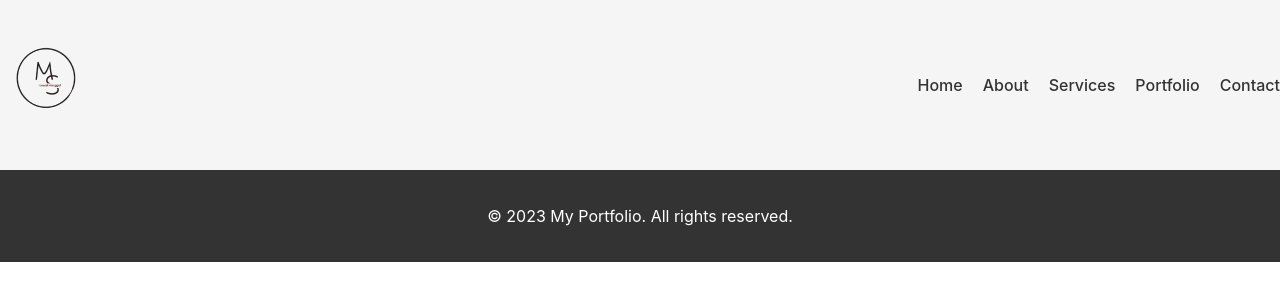
Repository: MEROO1010/Portfolio_00
Page: / (app in portfolio_00/)
The author's editor kept a copy of each file at every save. The page is drawn from the files as they stood at one save, then again after the next save.
The browser window is 1280 px wide. The pictures show the whole page.
The project was rebuilt for these pictures with package versions that can differ from the ones it lists, and the page was loaded fresh each time. Also part of the build but not shown: portfolio_00/src/components/Hero.jsx, portfolio_00/src/components/About.jsx, portfolio_00/src/components/Services.jsx, portfolio_00/src/components/Portfolio.jsx, portfolio_00/src/components/Contact.jsx.

Above is the page before, as saved 2024-11-17 10:37:57.

After the next save:
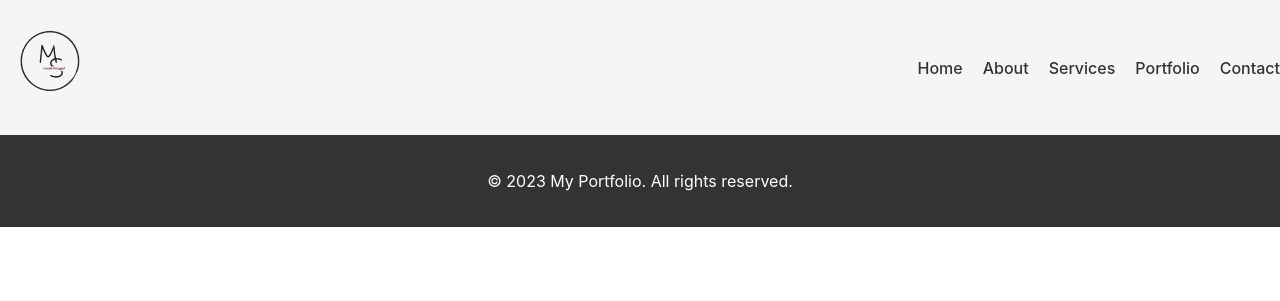
Saved 20 s later.
--- a/portfolio_00/src/components/Header.jsx
+++ b/portfolio_00/src/components/Header.jsx
@@ -12,11 +12,7 @@ const HeaderContainer = styled.header`
 `;
 
 const Logo = styled.h1`
-  logo{
-
-    width:80px;
-    height:40px;
-  }
+  margin:4px;
 `;
 
 const NavLinks = styled .nav`
